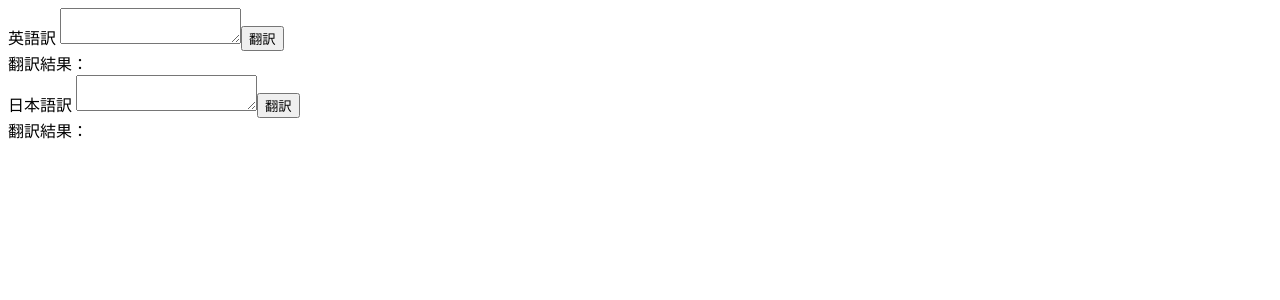
Repository: Reiya-1003/NuxtTS-Translate
Page: /
An editor plug-in stored every save of this project. The page is shown before and after the next save, followed by the edit.
The browser window is 1280 px wide. The pictures show the whole page.
The project was rebuilt for these pictures with package versions that can differ from the ones it lists, and the page was loaded fresh each time. The framework's server and built-in components were replaced by stand-ins that run in the browser. Also part of the build but not shown: nuxt.config.js, components/item.vue. Imported but missing from the stored project, and not drawn on this page: plugins/firebase.

Above is the page before, as saved 2022-01-27 10:51:57.

### pages/index.vue
<template>
　　　<div>
     <div>
     <form>英語訳
       <textarea v-model="japan"></textarea>
       <button type="button" @click="Enchange">翻訳</button>
     </form>
     <div>翻訳結果：{{english.text}}</div>


     </div>
     <div>
     <form>日本語訳
       <textarea v-model="english"></textarea>
       <button type="button" @click="Jachange">翻訳</button>
     </form>
     <div>翻訳結果：{{japan.text}}</div>


     </div>
     </div>
</template>

<script lang="ts">
import Vue from 'vue'
const axios = require('axios')


interface TransInfo{
  japan: number | string,
  english: number | string,
  Enitems: number | string | object,
  Jaitems: number | string | object,

}

interface MethodType {
  someMethod(): void

}
export default {
    data():TransInfo{
      return{
        japan:"",
        english:"",
        Enitems:{},
        Jaitems:{},
      }
    },








  methods:{
//
  Enchange: function(this:any){
    let kara:any = encodeURI(this.japan)
    console.log(kara)
    axios.get(`https://script.google.com/macros/s/AKfycbxSjnREpITlKTl9lo_uV2yqnQbzh4SH7jbAl8fN6YIHHiGWsTDl/exec?text=${kara}&source=ja&target=en`)
         .then((res:any)=>{
           console.log(res.data)

           this.english = res.data

           })
  },
   Jachange: function(this:any){

    axios.get(`https://script.google.com/macros/s/AKfycbxSjnREpITlKTl9lo_uV2yqnQbzh4SH7jbAl8fN6YIHHiGWsTDl/exec?text=${this.english}&source=en&target=ja`)
         .then((res:any)=>{
           console.log(res.data)

           this.japan = res.data

           })
  },


  }
}
</script>

After the next save:
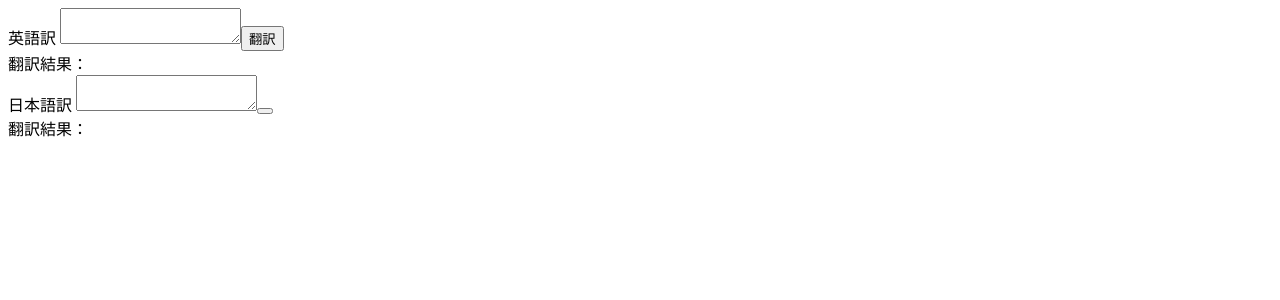
Saved 79 s later.
--- a/pages/index.vue
+++ b/pages/index.vue
@@ -11,8 +11,8 @@
      </div>
      <div>
      <form>日本語訳
-       <textarea v-model="english"></textarea>
-       <button type="button" @click="Jachange">翻訳</button>
+       <textarea v-model="english">{{english.text}}</textarea>
+       <button type="button" @click="Jachange"></button>
      </form>
      <div>翻訳結果：{{japan.text}}</div>
 
